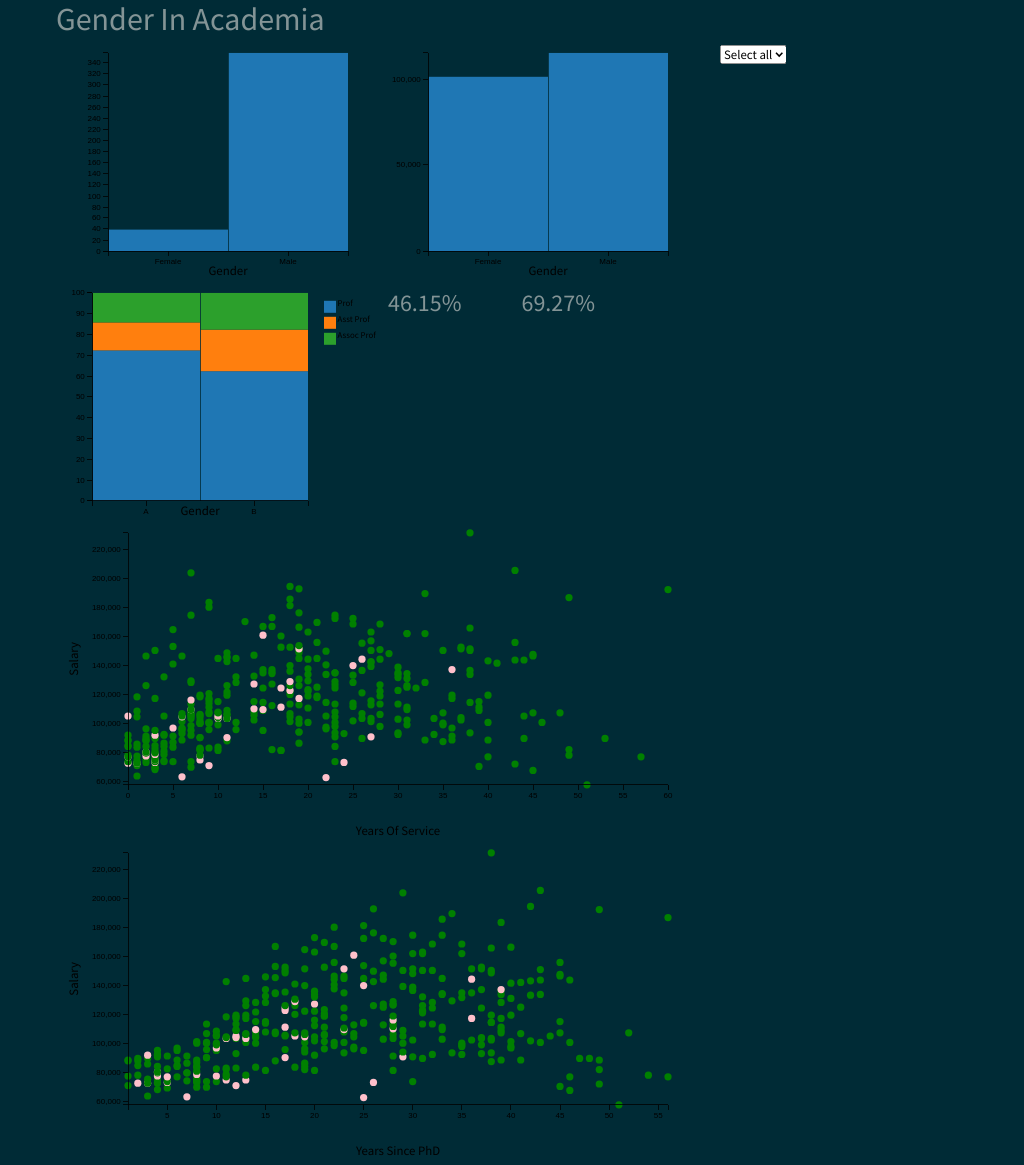
Repository: rafaljanos/Dashboard
Page: Index.html
The author's editor kept a record of every edit. The page is drawn from the files as they stood at one moment, then again after the next edit.
The browser window is 1280 px wide. The pictures show the whole page, at 80% of full size.

Above is the page before.

### Index.html
<!DOCTYPE html>
<html lang="en">
<head>
    <meta charset="UTF-8">
    <meta name="viewport" content="width=device-width, initial-scale=1.0">
    <meta http-equiv="X-UA-Compatible" content="ie=edge">
    <title>Dashboard</title>

    <link rel="stylesheet" href="static/css/bootstrap.min.css" type="text/css" />
    <link rel="stylesheet" href="static/css/dc.min.css" type="text/css" />
    <link rel="stylesheet" href="static/css/style.css" type="text/css" />

    <script type="text/javascript" src="static/js/d3.min.js"></script>
    <script type="text/javascript" src="static/js/crossfilter.min.js"></script>
    <script type="text/javascript" src="static/js/dc.min.js"></script>
    <script type="text/javascript" src="static/js/queue.min.js"></script>
    <script type="text/javascript" src="static/js/graph.js"></script>

</head>
<body>
    <div class="container">

        <div class="row">
            <h1>Gender In Academia</h1>
        </div>
        <div class="row">

        </div>

    <div id="discipline-selector"></div>

    <div id="gender-balance"></div>

    <div id="average-salary"></div>

    <div id="rank-distribution"></div>

    <div class="number-box" id="percent-of-women-professors"></div>
    <div class="number-box" id="percent-of-men-professors"></div>

    <div id="service-salary"></div>

    <div id="phd-salary"></div>
    </div>


</body>
</html>

### static/css/style.css
.navbar-default {
	background-image: none;
	margin-bottom: 0;
}

.section-heading, #discipline-selector {
	display: inline-block;
	float: none;
	margin: 0;
}

.section-heading {
	margin-bottom: 50px;
}

#discipline-selector {
	margin-left: 15px;
}

.number-box {
	margin-right: 75px;
}

.number-box, .fa.fa-gender {
    font-size: 30px;
    font-weight: 500;
}

.fa-gender {
	margin-right: 10px;
}

.custom-chart {
	margin-bottom: 40px;
}

.section {
	border-bottom: 1px solid #e6e6e6;
	padding: 30px 0;
}

.section-paragraph {
	line-height: 1.2;
}

### static/js/graph.js
queue()
    .defer(d3.csv, "data/Salaries.csv") // directory of file with data to use
    .await(makeGraphs);                 // makeGraphs is any name we want

function makeGraphs(error, salaryData) {// function for that name we choose
    var ndx = crossfilter(salaryData);  // loading salary data to crossfilter

    salaryData.forEach(function(d) {
        d.salary = parseInt(d.salary);  // changing the text data salary to intedur version of the salary
        d.yrs_since_phd = parseInt(d["yrs.since.phd"]);
        d.yrs_service = parseInt(d["yrs.service"]);

    })

    show_discipline_selector(ndx);      // passind NDX filter to a function that will draw graph discipline_selector

    show_percent_that_are_professors(ndx, "Female", "#percent-of-women-professors");
    show_percent_that_are_professors(ndx, "Male", "#percent-of-men-professors");

    show_gender_balance(ndx);           // passind NDX filter to a function that will draw graph gender_balance
    show_average_salaries(ndx);         // any name
    show_rank_distribution(ndx);

    show_service_to_salary_correlation(ndx);
    show_phd_to_salary_correlation(ndx);

    dc.renderAll();                     // to render it all
}

function show_discipline_selector(ndx) {        // function for show_discipline_selector
    dim = ndx.dimension(dc.pluck(`discipline`));
    group = dim.group()                         // simple group

    dc.selectMenu("#discipline-selector")       // it creates a selector menu
        .dimension(dim)
        .group(group);
}

function show_percent_that_are_professors(ndx, gender, element) { // gender(sex)argument and element to use in next function
    var percentageThatAreProf = ndx.groupAll().reduce(
        function (p, v) {
            if (v.sex === gender) {                             //using gender argument from above
                p.count++;
                if (v.rank === "Prof") {
                    p.are_prof++;
                }
            }
            return p;
        },
         function (p, v) {
            if (v.sex === gender) {
                p.count--;
                if (v.rank === "Prof") {
                    p.are_prof--;
                }
            }
            return p;
        },
        function () {
            return {count: 0, are_prof: 0};
        },
    );


    dc.numberDisplay(element)                   // element where we want the number to display
        .formatNumber(d3.format(".2%"))         // format change the way numbers are displayed
        .valueAccessor(function (d) {
            if (d.count == 0) {
                return 0;
            } else {
                return (d.are_prof / d.count);// devide prof by them total count
            }
        })
        .group(percentageThatAreProf)// show which group data to use to calculate this


}

function show_gender_balance(ndx) {           // function for show_gender_balance
    var dim = ndx.dimension(dc.pluck(`sex`)); // create dimension of sex variable
    var group = dim.group();                  // create a group

    dc.barChart("#gender-balance")            // create a bar chart for specific div ID
        .width(400)
        .height(300)
        .margins({top: 10, right:50, bottom: 30, left: 50})
        .dimension(dim)
        .group(group)
        .transitionDuration(500)
        .x(d3.scale.ordinal())
        .xUnits(dc.units.ordinal)
        .xAxisLabel("Gender")
        .yAxis().ticks(20);
}

function show_average_salaries(ndx) {
    var dim = ndx.dimension(dc.pluck(`sex`));

    function add_item(p, v) {           // p-keeps track of total and avarage and count, v-each data items we adding
        p.count++;                      // increment the count in p object
        p.total += v.salary;            // increment total by the salary of the data
        p.average = p.total / p.count;  // total devidet by the count
        return p;                       // always return p at the end add or remove function
    }

    function remove_item(p, v) {
        p.count--;                          // reduce the count
        if(p.count == 0) {                  // if the count is 0 we set total count to 0
            p.total = 0;
            p.average = 0;
        }   else {                          // if the count is grater than 0 we use normal calculations
            p.total -= v.salary             // reduce the total by the amount of the salary
            p.average = p.total / p.count;  // total devidet by the count
        }
        return p;
    }

    function initialise() {                 // creates initial value for p
        return {count: 0,total: 0, average: 0};
    }

    var averageSalasyByGender = dim.group().reduce(add_item, remove_item, initialise);


    dc.barChart("#average-salary")
        .width(400)
        .height(300)
        .margins({top: 10, right: 50, bottom: 30, left: 50})
        .dimension(dim)
        .group(averageSalasyByGender)
        .valueAccessor(function(d) {            // to specify which of the 3 values will be plotet
            return d.value.average.toFixed(2);  // .toFixed(2)-reduce to 2 decimels number 2 spaces after (,00)
        })
        .transitionDuration(500)
        .x(d3.scale.ordinal())
        .xUnits(dc.units.ordinal)
        .elasticY(true)
        .xAxisLabel("Gender")
        .yAxis().ticks(4);
}

function show_rank_distribution(ndx) {



    var profByGender = dim.group().reduce(
        function (p, v) {
            p.total++;
            if(v.rank == rank) {           // match if the rank what we are looking for is profesor
                p.match++;
            }
            return p;
        },
        function (p, v) {
            p.total--;
            if(v.rank == rank)  {          // match if the rank what we are looking for is profesor
                p.mach--;
            }
            return p;
        },
        function () {
            return {total: 0, match: 0};
        }
    );

    function rankByGender(dimension, rank) {
        return dimension.group().reduce(
        function (p, v) {
            p.total++;
            if(v.rank == rank) {           // match if the rank what we are looking for is profesor
                p.match++;
            }
            return p;
        },
        function (p, v) {
            p.total--;
            if(v.rank == rank)  {          // match if the rank what we are looking for is profesor
                p.mach--;
            }
            return p;
        },
        function () {
            return {total: 0, match: 0};
            }
        );
    }

    var profByGender = rankByGender(dim, "Prof");
    var asstProfByGender = rankByGender(dim, "AsstProf");
    var assocProfByGender = rankByGender(dim, "AssocProf");

    // console.log(profByGender.all());        // to inspect and check if that works

    dc.barChart("#rank-distribution")
        .width(400)
        .height(300)
        .dimension(dim)
        .group(profByGender, "Prof")
        .stack(asstProfByGender, "Asst Prof")       // stacks this group on top of prof
        .stack(assocProfByGender, "Assoc Prof")     // stacks this group on top of asst
        .valueAccessor(function(d) {               // geting procentage of the total
            if(d.value.total > 0) {
                 return (d.value.match / d.value.total) * 100; //matching amount devide by total and multiply by 100
            } else {
                return 0;
            }
    })
        .x(d3.scale.ordinal())
        .xUnits(dc.units.ordinal)
        .xAxisLabel("Gender")
        .legend(dc.legend().x(320).y(20).itemHeight(15).gap(5))
        .margins({top: 10, right: 100, bottom: 30, left: 30});
}


function show_service_to_salary_correlation(ndx) {

    var genderColors = d3.scale.ordinal()    //adding colors genderColors
        .domain(["Female", "Male"])
        .range(["pink", "green"]);

    var eDim = ndx.dimension(dc.pluck("yrs_service"));
    var experienceDim = ndx.dimension(function(d) {             //extrackts 2 pieces of info
        return [d.yrs_service, d.salary, d.rank, d.sex];        //years of service and salary
    });             //0         //1        //2    //3
    var experienceSalaryGroup = experienceDim.group();

    var minExperience = eDim.bottom(1)[0].yrs_service;
    var maxExperience = eDim.top(1)[0].yrs_service;

    dc.scatterPlot("#service-salary")
        .width(800)
        .height(400)
        .x(d3.scale.linear().domain([minExperience, maxExperience]))
        .brushOn(false)
        .symbolSize(8)
        .clipPadding(10)
        .yAxisLabel("Salary")
        .xAxisLabel("Years Of Service")
        .title(function(d) {                        //apear when hovered with mouse
            return d.key[2] + " earned " + d.key[1];
        })
        .colorAccessor(function (d) {
            return d.key[3];  //3 is d.rank
        })
        .colors(genderColors)           //adding colors genderColors
        .dimension(experienceDim)
        .group(experienceSalaryGroup)
        .margins({top: 10, right: 50, bottom: 75, left: 75});
}


function show_phd_to_salary_correlation(ndx) {

    var genderColors = d3.scale.ordinal()    //adding colors genderColors
        .domain(["Female", "Male"])
        .range(["pink", "green"]);

    var pDim = ndx.dimension(dc.pluck("yrs_since_phd"));
    var phdDim = ndx.dimension(function(d) {             //extrackts 2 pieces of info
        return [d.yrs_since_phd, d.salary, d.rank, d.sex];        //years of service and salary
    });             //0         //1        //2    //3
    var phdSalaryGroup = phdDim.group();

    var minPhd = pDim.bottom(1)[0].yrs_since_phd;
    var maxPhd = pDim.top(1)[0].yrs_since_phd;

    dc.scatterPlot("#phd-salary")
        .width(800)
        .height(400)
        .x(d3.scale.linear().domain([minPhd, maxPhd]))
        .brushOn(false)
        .symbolSize(8)
        .clipPadding(10)
        .yAxisLabel("Salary")
        .xAxisLabel("Years Since PhD")
        .title(function(d) {                        //apear when hovered with mouse
            return d.key[2] + " earned " + d.key[1];
        })
        .colorAccessor(function (d) {
            return d.key[3];  //3 is d.rank
        })
        .colors(genderColors)           //adding colors genderColors
        .dimension(phdDim)
        .group(phdSalaryGroup)
        .margins({top: 10, right: 50, bottom: 75, left: 75});
}

Loaded but not shown: static/css/bootstrap.min.css (library); static/css/dc.min.css (library); static/js/d3.min.js (library); static/js/crossfilter.min.js (library); static/js/dc.min.js (library); static/js/queue.min.js (common file)

After the next edit:
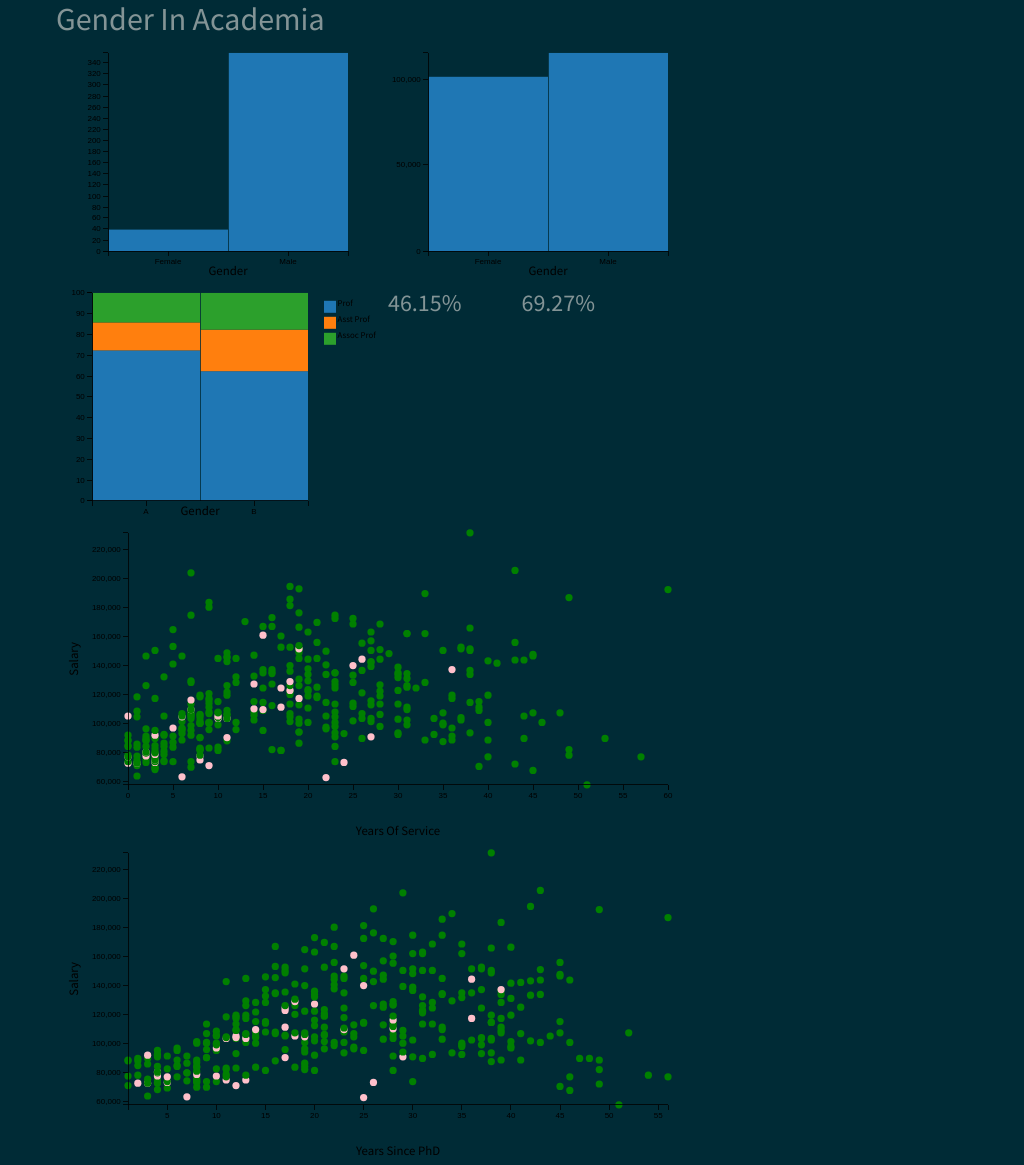
The edit:
--- a/Index.html
+++ b/Index.html
@@ -27,7 +27,6 @@
 
         </div>
 
-    <div id="discipline-selector"></div>
 
     <div id="gender-balance"></div>
 
